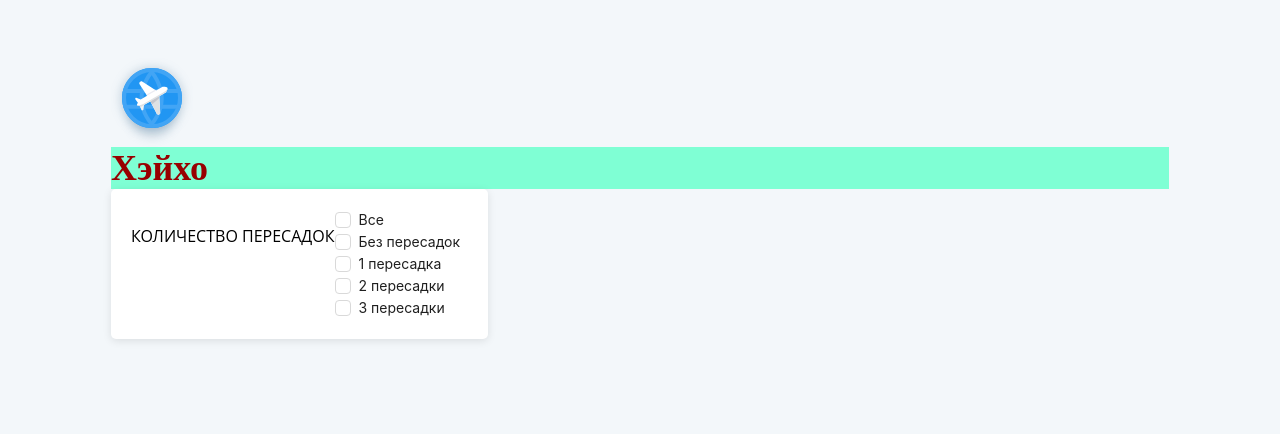
Repository: Dedoxa/aviasalesTickets
Page: /
An editor plug-in stored every save of this project. The page is shown before and after the next save, followed by the edit.
The browser window is 1280 px wide. The pictures show the whole page.
The project was rebuilt for these pictures with package versions that can differ from the ones it lists, and the page was loaded fresh each time. Also part of the build but not shown: vite.config.js.

Above is the page before, as saved 2024-10-19 15:49:11.

### index.html
<!doctype html>
<html lang="en">
  <head>
    <meta charset="UTF-8" />
    <meta name="viewport" content="width=device-width, initial-scale=1.0" />
    <title>AviasalesTickets</title>
  </head>
  <body>
    <div id="root"></div>
    <script type="module" src="/src/main.jsx"></script>
  </body>
</html>

### src/main.jsx
import { StrictMode } from 'react';
import { createRoot } from 'react-dom/client';

import App from './App.jsx';

createRoot(document.getElementById('root')).render(
  <StrictMode>
    <App />
  </StrictMode>
);

### src/App.jsx
// import React from 'react';

import TransferFilters from './TransferFilters/TransferFilters.jsx';
import AppIcon from './AppIcon/AppIcon.jsx';
import classes from './App.module.scss';

function App() {
  return (
    <>
      <AppIcon />
      <div className={classes.hehmda}>
        <span className={classes['textSpan']}>Хэйхо</span>
      </div>
      <TransferFilters />
    </>
  );
}

export default App;

### src/TransferFilters/TransferFilters.jsx
import React from 'react';
import { Checkbox } from 'antd';

import { contentBox } from '../App.module.scss';

import classes from './TransferFilters.module.scss';

const TransferFilters = () => {
  return (
    <div className={contentBox}>
      <p>КОЛИЧЕСТВО ПЕРЕСАДОК</p>
      <div className={classes.checkboxContainer}>
        <Checkbox>Все</Checkbox>
        <Checkbox>Без пересадок</Checkbox>
        <Checkbox>1 пересадка</Checkbox>
        <Checkbox>2 пересадки</Checkbox>
        <Checkbox>3 пересадки</Checkbox>
      </div>
    </div>
  );
};

export default TransferFilters;

### src/AppIcon/AppIcon.jsx
import './AppIcon.scss';

const AppIcon = () => {
  return (
    <div className="AppIcon">
      <img src="/public/img/Logo.svg" alt="AviasalesIcon" />
    </div>
  );
};

export default AppIcon;

### src/App.module.scss
@font-face {
    font-family: "Open Sans";
    src: url('https://fonts.googleapis.com/css2?family=Open+Sans:ital,wght@0,300..800;1,300..800&display=swap');
}

body {
  background-color: #f3f7fa;
  padding: 50px 103px;
}

.contentBox {
  display: inline-flex;
  font-family: "Open Sans", sans-serif;
  background-color: #fff;
  border-radius: 5px;
  box-shadow: 0 2px 8px 0 rgba(0, 0, 0, 0.1);
  padding: 20px;
}

.hehmda {
  background-color: aquamarine;

  .textSpan {
    color: rgb(152, 0, 0);
    font-weight: bold;
    font-size: 36px;
  }
}

### src/TransferFilters/TransferFilters.module.scss
.checkboxContainer {
    display: flex;
    flex-direction: column;
}

### src/AppIcon/AppIcon.scss
.AppIcon {
    display: flex;
}

.AviasalesIconPlane {
    position: relative;
    left: -55px
}

After the next save:
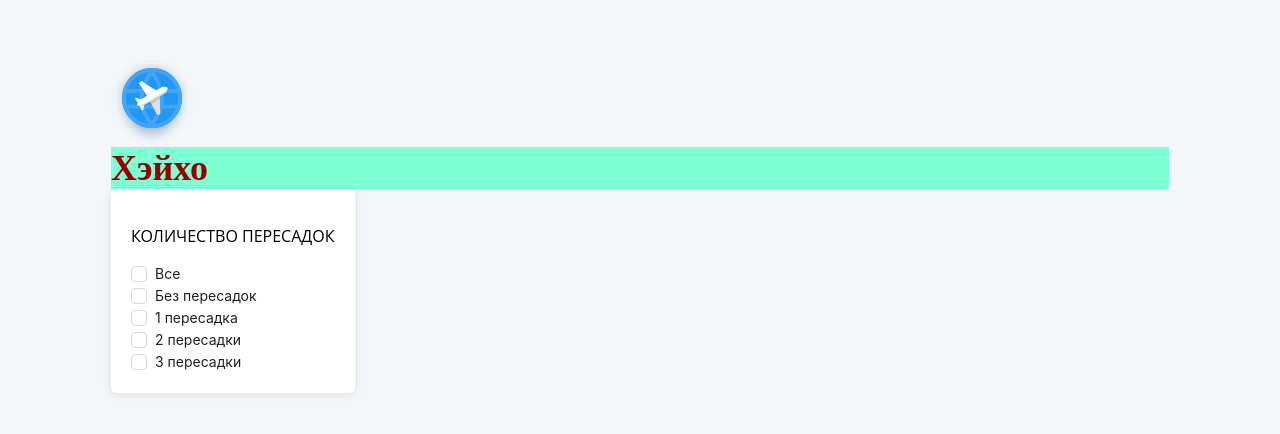
Saved 18 s later.
--- a/src/App.module.scss
+++ b/src/App.module.scss
@@ -9,7 +9,7 @@ body {
 }
 
 .contentBox {
-  display: inline-flex;
+  display:inline-block;
   font-family: "Open Sans", sans-serif;
   background-color: #fff;
   border-radius: 5px;
